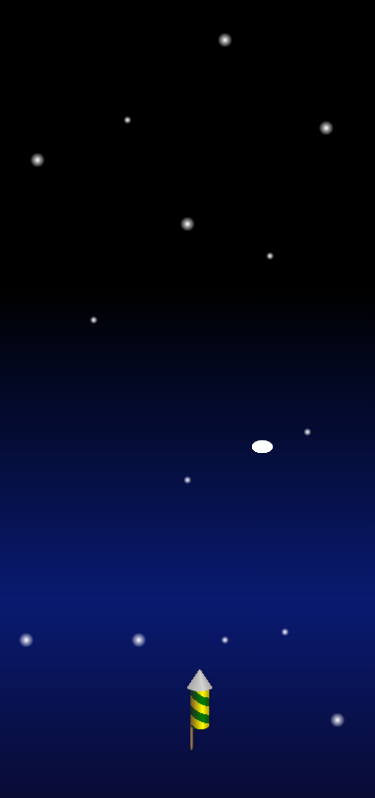
Repository: juliandecloe/CSS-To-The-Rescue---Julian-de-Cloe
Page: index.html
The author's editor kept a copy of each file at every save. The page is drawn from the files as they stood at one save, then again after the next save.
The browser window is 375 px wide. The pictures show the whole page.
The first `input:first-child[type="checkbox"]` is checked.

Above is the page before, as saved 2022-03-10 17:41:08.

### index.html
<!DOCTYPE html>
<html lang="en">
	<head>
		<meta charset="UTF-8">
		<meta name="viewport" content="width=device-width, initial-scale=1.0">
		<title>The Anticlimax Fireworkshow!</title>
		<link rel="stylesheet" href="style.css">
	</head>
	<body>
		<input id="left" type="checkbox">
		<input id="middle" type="checkbox">
		<input id="right" type="checkbox">
		<main>
			<section>
				<label for="left">
					<figure></figure>
					<figure></figure>
					<figure></figure>
				</label>
				<ul>
					<li>
						<ul>
							<li></li>
							<li></li>
							<li></li>
							<li></li>
							<li></li>
						</ul>
					</li>
					<li>
						<ul>
							<li></li>
							<li></li>
							<li></li>
							<li></li>
							<li></li>
						</ul>
					</li>
					<li>
						<ul>
							<li></li>
							<li></li>
							<li></li>
							<li></li>
							<li></li>
						</ul>
					</li>
					<li>
						<ul>
							<li></li>
							<li></li>
							<li></li>
							<li></li>
							<li></li>
						</ul>
					</li>
					<li>
						<ul>
							<li></li>
							<li></li>
							<li></li>
							<li></li>
							<li></li>
						</ul>
					</li>
					<li>
						<ul>
							<li></li>
							<li></li>
							<li></li>
							<li></li>
							<li></li>
						</ul>
					</li>
					<li>
						<ul>
							<li></li>
							<li></li>
							<li></li>
							<li></li>
							<li></li>
						</ul>
					</li>
					<li>
						<ul>
							<li></li>
							<li></li>
							<li></li>
							<li></li>
							<li></li>
						</ul>
					</li>
					<li>
						<ul>
							<li></li>
							<li></li>
							<li></li>
							<li></li>
							<li></li>
						</ul>
					</li>
					<li>
						<ul>
							<li></li>
							<li></li>
							<li></li>
							<li></li>
							<li></li>
						</ul>
					</li>
					<li>
						<ul>
							<li></li>
							<li></li>
							<li></li>
							<li></li>
							<li></li>
						</ul>
					</li>
					<li>
						<ul>
							<li></li>
							<li></li>
							<li></li>
							<li></li>
							<li></li>
						</ul>
					</li>
				</ul>
			</section>
			<section>
				<label for="middle">
					<figure></figure>
					<figure></figure>
					<figure></figure>
				</label>
				<ul>
					<li>
						<ul>
							<li></li>
							<li></li>
							<li></li>
							<li></li>
							<li></li>
						</ul>
					</li>
					<li>
						<ul>
							<li></li>
							<li></li>
							<li></li>
							<li></li>
							<li></li>
						</ul>
					</li>
					<li>
						<ul>
							<li></li>
							<li></li>
							<li></li>
							<li></li>
							<li></li>
						</ul>
					</li>
					<li>
						<ul>
							<li></li>
							<li></li>
							<li></li>
							<li></li>
							<li></li>
						</ul>
					</li>
					<li>
						<ul>
							<li></li>
							<li></li>
							<li></li>
							<li></li>
							<li></li>
						</ul>
					</li>
					<li>
						<ul>
							<li></li>
							<li></li>
							<li></li>
							<li></li>
							<li></li>
						</ul>
					</li>
					<li>
						<ul>
							<li></li>
							<li></li>
							<li></li>
							<li></li>
							<li></li>
						</ul>
					</li>
					<li>
						<ul>
							<li></li>
							<li></li>
							<li></li>
							<li></li>
							<li></li>
						</ul>
					</li>
					<li>
						<ul>
							<li></li>
							<li></li>
							<li></li>
							<li></li>
							<li></li>
						</ul>
					</li>
					<li>
						<ul>
							<li></li>
							<li></li>
							<li></li>
							<li></li>
							<li></li>
						</ul>
					</li>
					<li>
						<ul>
							<li></li>
							<li></li>
							<li></li>
							<li></li>
							<li></li>
						</ul>
					</li>
					<li>
						<ul>
							<li></li>
							<li></li>
							<li></li>
							<li></li>
							<li></li>
						</ul>
					</li>
				</ul>
			</section>
			<section>
				<label for="right">
					<figure></figure>
					<figure></figure>
					<figure></figure>
				</label>
				<ul>
					<li></li>
					<li></li>
					<li></li>
					<li></li>
					<li></li>
					<li></li>
					<li></li>
				</ul>
			</section>
		</main>
	</body>
</html>

### style.css
/*========== GENERAL ==========*/

:root * {
	--hoekVar: calc(360deg / 12);
	--rotate: rotate(calc( var(--hoekVar) * var(--index) ));
	--hoekVar2: calc(360deg / 5);
	--rotate2: rotate(calc( var(--hoekVar2) * var(--index2) ));
	--star1: 5px;
	--star2: 3px;
}

@property --star1 {
	syntax: '<length>';
	inherits: false;
	initial-value: 0px;
}

@property --star2 {
	syntax: '<length>';
	inherits: false;
	initial-value: 0px;
}

* {
	padding: 0;
	margin: 0;
}

body, html {
	overflow: hidden;
}

html {
	background: linear-gradient(0deg, rgba(9,11,52,1) 0%, rgba(9,26,112,1) 25%, rgba(0,0,0,1) 64%, rgba(0,0,0,1) 100%);
}

@keyframes stars {
	0% {
		--star1: 5px;
	}
	100% {
		--star1: 10px;
	}
}

@keyframes stars2 {
	0% {
		--star2: 3px;
	}
	100% {
		--star2: 6px;
	}
}

body {
	background-position: center;
	background-image:
	radial-gradient(
		circle at
			10%
			20%,
		white,
		transparent var(--star1)
	),
	radial-gradient(
		circle at
			34%
			15%,
		white,
		transparent var(--star2)
	),
	radial-gradient(
		circle at
			50%
			60%,
		white,
		transparent var(--star2)
	),
	radial-gradient(
		circle at
			60%
			80%,
		white,
		transparent var(--star2)
	),
	radial-gradient(
		circle at
			25%
			40%,
		white,
		transparent var(--star2)
	),
	radial-gradient(
		circle at
			7%
			80%,
		white,
		transparent var(--star1)
	),
	radial-gradient(
		circle at
			87%
			16%,
		white,
		transparent var(--star1)
	),
	radial-gradient(
		circle at
			76%
			79%,
		white,
		transparent var(--star2)
	),
	radial-gradient(
		circle at
			90%
			90%,
		white,
		transparent var(--star1)
	),
	radial-gradient(
		circle at
			60%
			5%,
		white,
		transparent var(--star1)
	),
	radial-gradient(
		circle at
			72%
			32%,
		white,
		transparent var(--star2)
	),
	radial-gradient(
		circle at
			50%
			28%,
		white,
		transparent var(--star1)
	),
	radial-gradient(
		circle at
			37%
			80%,
		white,
		transparent var(--star1)
	),
	radial-gradient(
		circle at
			82%
			54%,
		white,
		transparent var(--star2)
	);
	animation:
	stars 1s linear alternate infinite,
	stars2 1.5s linear alternate infinite;
}

@media (prefers-reduced-motion) {
	body {
		animation-name: dissolve;
	}
}

main {
	display: flex;
	justify-content: center;
	align-items: end;
	width: 100vw;
	height: 100vh;
	padding-left: 1rem;
}

@media (max-width: 630px) {
	main {
		transform: scale(.5) translateY(50vh);
	}
}

section {
	display: grid;
	place-items: center;
	transition: 1s ease-out;
	width: 50vw;
}

@media (max-width: 630px) {
	section {
		width: 80vw;
	}
}

input {
	display: none;
}

/*========== FIRE ROCKET ==========*/

/*===== GENERAL =====*/

label {
	transform: scale(.3) translateY(50vh);
	z-index: 5;
	height: 350px;
	width: 120px;
	filter: drop-shadow(2px 2px 4px rgb(0,0,0,0.5));
	transition: 1s;
	cursor: pointer;
	animation: 1s
}

@media (max-width: 630px) {
	label {
		transform: scale(.5);
	}
}

section label > figure:first-child {
	border-radius: 50%;
	position: absolute;
	left: calc(50% - 55px);
	width: 110px;
	height: 130px;
	z-index: 3;
	clip-path: ellipse(90% 70% at center top);
	background-image:
		conic-gradient(
		at center top,
		transparent 146deg,
		darkgray 146deg,
		lightgray 170deg,
		darkgray 214deg,
		transparent 214deg
	);
}

section label figure:nth-child(2) {
	position: absolute;
	top: 83px;
	left: calc(50% - 37.5px);
	width: 75px;
	height: 160px;
	z-index: 2;
	background-size: 100% 100%, 600% 600%;
	background-position:left top, 40% -30%;
	border-radius: 0 0 50% 50% / 0 0 1em 1em;
}

section label > figure:nth-child(3) {
	position: absolute;
	background: #BA8C63;
	top: 220px;
	left: calc(50% - 37.5px);
	width: 10px;
	height: 110px;
	z-index: 1;
	box-shadow: inset -2px 0 8px rgb(0,0,0,0.5);
	clip-path: ellipse(10px 95px at 50% 10%);
}


/*===== COLOR ARROWS =====*/

section:first-child label figure:nth-child(2) {
	background-image:
		linear-gradient(
			to right,
			#303a 0%,
			transparent 65%,
			#3036 100%
		),
		repeating-radial-gradient(
			red 0 1em,
			blue 1em 2em
	);
}

section:nth-child(2) label figure:nth-child(2) {
	background-image:
		linear-gradient(
			to right,
			#303a 0%,
			transparent 65%,
			#3036 100%
		),
		repeating-radial-gradient(
			green 0 1em,
			yellow 1em 2em
		);
}

section:last-child label figure:nth-child(2) {
	background-image:
		linear-gradient(
			to right,
			#303a 0%,
			transparent 65%,
			#3036 100%
		),
		repeating-radial-gradient(
			pink 0 1em,
			purple 1em 2em
		);
}


/*========== FIRE WORK ==========*/

/*===== LAYER 1 =====*/

section > ul {
	list-style-type: none;
	position: absolute;
	width: 1rem;
	height: 1rem;
	display: grid;
	place-items: center;
	/* background-color: #ff4; */
}

section > ul > li {
	position: absolute;
	top: 50%;
	width: 40%;
	height: 1200%;
	transform-origin: center top;
	transform: var(--rotate);
	transition: .3s ease-out;
	transition-delay: 1s;
	display: flex;
	/* background-color: #f004; */
}

section:nth-child(2) > ul > li {
	position: absolute;
	top: 50%;
	width: 40%;
	height: 1200%;
	transform-origin: center top;
	transform: var(--rotate);
	transition: .3s ease-out;
	transition-delay: 1s;
	display: flex;
	/* background-color: #f004; */
}

section > ul > li::after {
	content: "";
	display: block;
	width: 100%;
	height: 50%;
	transition: .2s ease-out;
	transform-origin: center top;
	transform: scaleY(0);
	position: absolute;
}

/* Color */

section:first-child > ul > li::after {
	background-color: blue;
}

section:nth-child(2) > ul > li::after {
	background-color: green;
}

section:last-child > ul li::after {
	background-color: pink;
}


/*===== LAYER 2 =====*/

section > ul > li ul {
	list-style-type: none;
	position: relative;
	width: .5em;
	aspect-ratio: 1/1;
	align-self: end;
	display: grid;
	place-items: center;
	/* background-color: #f088; */
}

section:first-child > ul > li li {
	position: absolute;
	top: 50%;
	width: 25%;
	aspect-ratio: 1/8;
	background-color: #f00;
	transform-origin: center top;
	transform: var(--rotate2) scaleY(0);
	transition: .3s ease-out;
	transition-delay: 1.8s;
}

section:nth-child(2) > ul > li li {
	position: absolute;
	width: 30%;
	height: 1200%;
	background-color: yellow;
	transform-origin: center;
	transform: var(--rotate2) scaleY(1);
	transition: .5s ease-out;
	transition-delay: 1.5s;
	visibility: hidden;
}


/*========== INTERACTION ==========*/

/*===== GENERAL =====*/

section > ul > li:nth-of-type(1) { --index:1; }
section > ul > li:nth-of-type(2) { --index:2; }
section > ul > li:nth-of-type(3) { --index:3; }
section > ul > li:nth-of-type(4) { --index:4; }
section > ul > li:nth-of-type(5) { --index:5; }
section > ul > li:nth-of-type(6) { --index:6; }
section > ul > li:nth-of-type(7) { --index:7; }
section > ul > li:nth-of-type(8) { --index:8; }
section > ul > li:nth-of-type(9) { --index:9; }
section > ul > li:nth-of-type(10) { --index:10; }
section > ul > li:nth-of-type(11) { --index:11; }
section > ul > li:nth-of-type(12) { --index:12; }

ul > li li:nth-of-type(1) { --index2:1; }
ul > li li:nth-of-type(2) { --index2:2; }
ul > li li:nth-of-type(3) { --index2:3; }
ul > li li:nth-of-type(4) { --index2:4; }
ul > li li:nth-of-type(5) { --index2:5; }

/* Rocket */

input:first-child[type="checkbox"]:checked ~ main section:first-child, input:nth-child(2)[type="checkbox"]:checked ~ main section:nth-child(2), input:first-child[type="checkbox"]:checked ~ main section:last-child {
	transform: translateY(-50vh);
}

@media (max-width: 630px) {
	input:first-child[type="checkbox"]:checked ~ main section:first-child, input:nth-child(2)[type="checkbox"]:checked ~ main section:nth-child(2), input:first-child[type="checkbox"]:checked ~ main section:last-child {
		transform: translateY(-90vh);
	}
}

input:first-child[type="checkbox"]:checked ~ main section:first-child label, input:nth-child(2)[type="checkbox"]:checked ~ main section:nth-child(2) label, input:first-child[type="checkbox"]:checked ~ main section:last-child label {
	transform: scale(.5, .3);
	animation: explode 1s 1s ease-in forwards;
}

/* Explode 1 */

input:first-child[type="checkbox"]:checked ~ main section:first-child > ul > li, input:nth-child(2)[type="checkbox"]:checked ~ main section:nth-child(2) > ul > li {
	transform: var(--rotate) translateY(2em);
}

input:first-child[type="checkbox"]:checked ~ main section:first-child > ul > li::after, input:nth-child(2)[type="checkbox"]:checked ~ main section:nth-child(2) > ul > li::after {
	animation: after .3s 1s ease-out forwards;
}


/*===== ARROW 1 =====*/

input:first-child[type="checkbox"]:checked ~ main section:first-child > ul > li li {
	animation: lili .3s 1.5s ease-out forwards;
}

/*===== ARROW 2 =====*/

input:nth-child(2)[type="checkbox"]:checked ~ main section:nth-child(2) > ul > li li {
	visibility: visible;
	transform: var(--turn) scaleY(6) translateY(2em);
	opacity: 0;
}

/*========== ANIMATIONS ==========*/

@keyframes huge {
	0% {
		transform: scaleY(0);
	}
	99% {
		transform: translateY(200%) scaleY(0);
		opacity: 0;
	}
	100% {
		transform: translateY(0) scaleY(0);
		opacity: 1;
	}
}

@keyframes explode {
	0% {
		visibility: hidden;
	}
	99% {
		visibility: hidden;
	}
	100% {
		transform: translateY(65vh) scale(.3);
		visibility: visible;
	}
}

@keyframes after {
	0% {
		transform: scaleY(0);
	}
	33% {
		transform: scaleY(1) ;
	}
	67% {
		transform: translateY(100%) scaleY(1) ;
	}
	99% {
		transform: translateY(200%) scaleY(0) ;
	}
	100% {
		transform: translateY(0) scaleY(0) ;
	}
}

@keyframes lili {
	0% {
		transform: var(--rotate2) translateY(0) scaleY(0);
	}
	50% {
		transform: var(--rotate2) translateY(0) scaleY(3);
	}
	99% {
		transform: var(--rotate2) translateY(400%) scaleY(0);
	}
	100% {
		transform: var(--rotate2) translateY(0) scaleY(0);
	}
}



/*========== CLOUDS ==========*/

section:last-child li:nth-of-type(1) { --index3:1; }
section:last-child li:nth-of-type(2) { --index3:2; }
section:last-child li:nth-of-type(3) { --index3:3; }
section:last-child li:nth-of-type(4) { --index3:4; }
section:last-child li:nth-of-type(5) { --index3:5; }
section:last-child li:nth-of-type(6) { --index3:6; }
section:last-child li:nth-of-type(7) { --index3:7; }

section:last-child ul {
	position: relative;
	list-style-type: none;
	width: .5rem;
	aspect-ratio: 1/1;
	display: grid;
	place-items: center;
	border-radius: 50%;
	transform: scale(.5, .3);
}

section:last-child li {
	--hoekVar3: calc(360deg / 7);
	--rotate3: rotate(calc( var(--hoekVar3) * var(--index3) ));
	position: absolute;
	top: 50%;
	border-radius: 50%;
	background-color: white !important;
	width: 5rem;
	height: 5rem;
	/* border: 1px solid black; */
	transform-origin: center top;
	transform: var(--rotate3);
	opacity: 0;
}

input:first-child[type="checkbox"]:checked ~ main section:last-child li {
	animation: expand .3s 1s ease-out forwards;
}

@keyframes expand {
	0% {
		opacity: 1;
	}
	100% {
		transform: translateY(2rem);
		opacity: 1;
	}
}

 {

	animation: expand .3s 1s ease-out forwards;
}

After the next save:
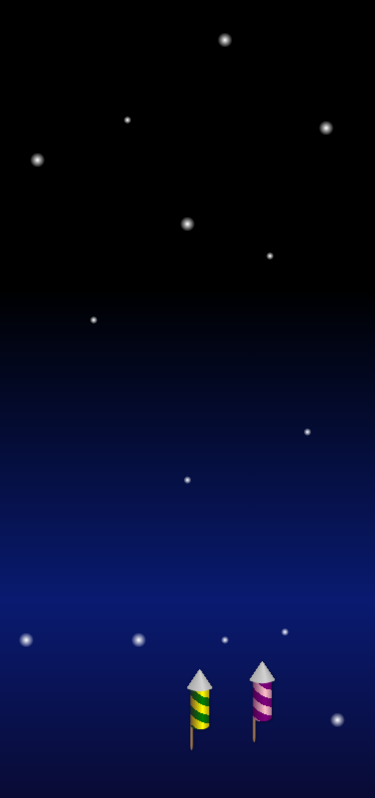
Saved 33 s later.
--- a/style.css
+++ b/style.css
@@ -435,17 +435,17 @@ ul > li li:nth-of-type(5) { --index2:5; }
 
 /* Rocket */
 
-input:first-child[type="checkbox"]:checked ~ main section:first-child, input:nth-child(2)[type="checkbox"]:checked ~ main section:nth-child(2), input:first-child[type="checkbox"]:checked ~ main section:last-child {
+input:first-child[type="checkbox"]:checked ~ main section:first-child, input:nth-child(2)[type="checkbox"]:checked ~ main section:nth-child(2), input:nth-child(3)[type="checkbox"]:checked ~ main section:last-child {
 	transform: translateY(-50vh);
 }
 
 @media (max-width: 630px) {
-	input:first-child[type="checkbox"]:checked ~ main section:first-child, input:nth-child(2)[type="checkbox"]:checked ~ main section:nth-child(2), input:first-child[type="checkbox"]:checked ~ main section:last-child {
+	input:first-child[type="checkbox"]:checked ~ main section:first-child, input:nth-child(2)[type="checkbox"]:checked ~ main section:nth-child(2), input:nth-child(3)[type="checkbox"]:checked ~ main section:last-child {
 		transform: translateY(-90vh);
 	}
 }
 
-input:first-child[type="checkbox"]:checked ~ main section:first-child label, input:nth-child(2)[type="checkbox"]:checked ~ main section:nth-child(2) label, input:first-child[type="checkbox"]:checked ~ main section:last-child label {
+input:first-child[type="checkbox"]:checked ~ main section:first-child label, input:nth-child(2)[type="checkbox"]:checked ~ main section:nth-child(2) label, input:nth-child(3)[type="checkbox"]:checked ~ main section:last-child label {
 	transform: scale(.5, .3);
 	animation: explode 1s 1s ease-in forwards;
 }
